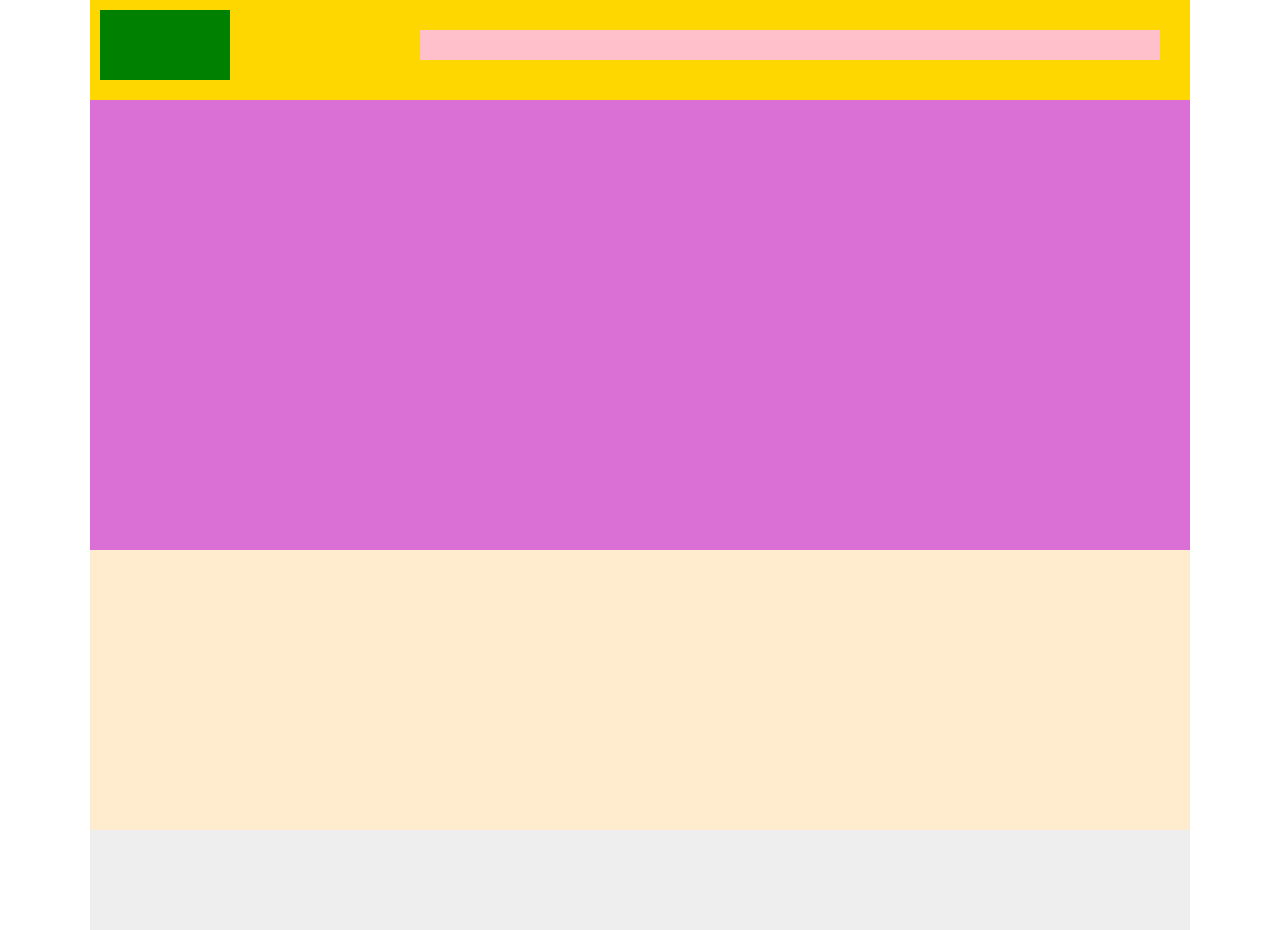
Repository: Hotmintchoco/SpringStudy
Page: HtmlTest/src/main/webapp/index4.html
These files come from the project's save history. The page is drawn as it stood at one moment and after the next save; the edit follows.
The browser window is 1280 px wide. The pictures show the whole page.

Above is the page before, as saved 2022-05-03 07:56:16.

After the next save:
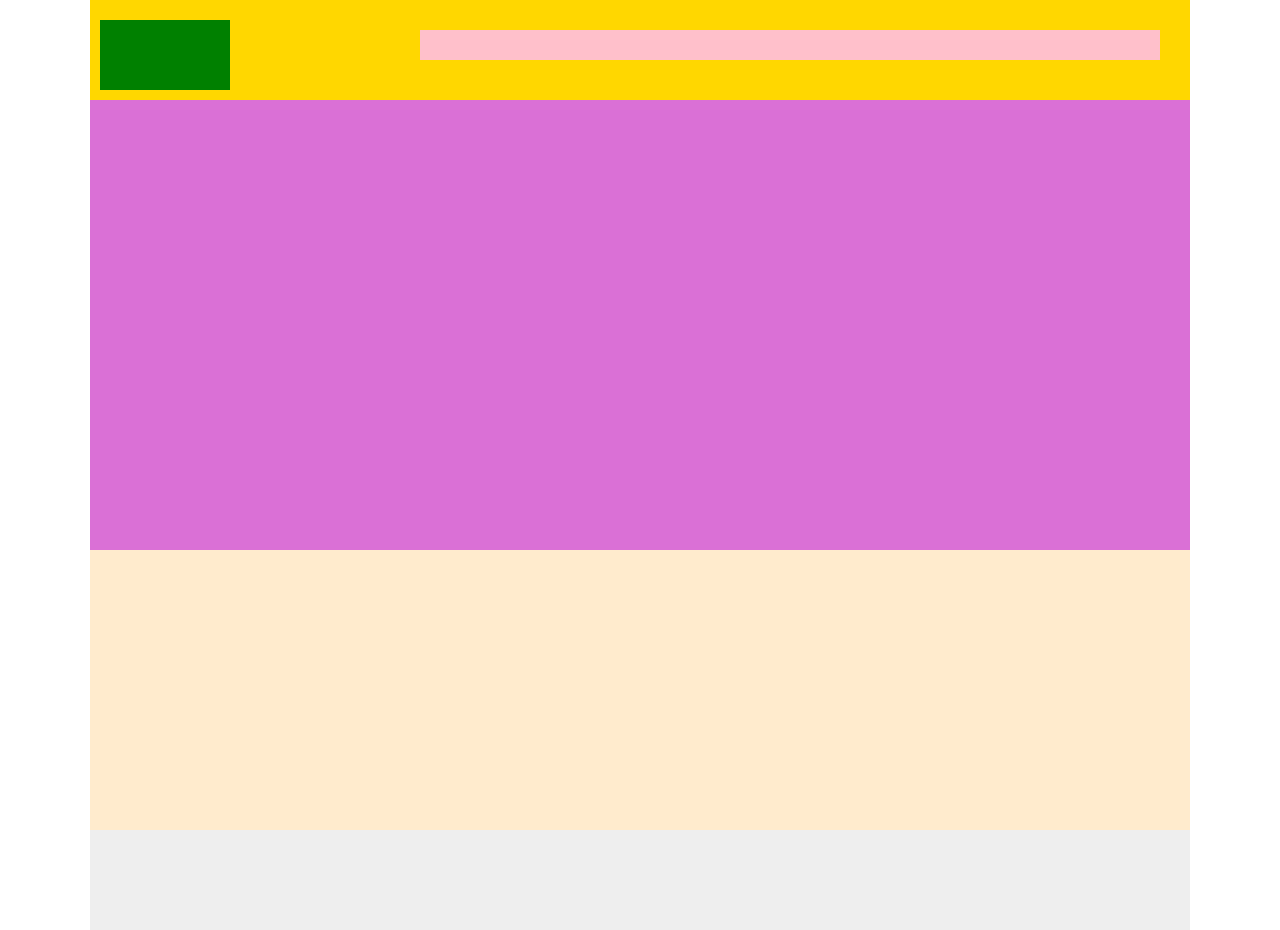
Saved 16 min 11 s later.
--- a/HtmlTest/src/main/webapp/index4.html
+++ b/HtmlTest/src/main/webapp/index4.html
@@ -16,7 +16,7 @@
 
 	#logo {
 		width: 130px; height: 70px; background-color: green;
-		margin: 10px 0 0 10px; float: left;
+		margin: 20px 0 0 10px; float: left;
 	}
 
 	nav {
